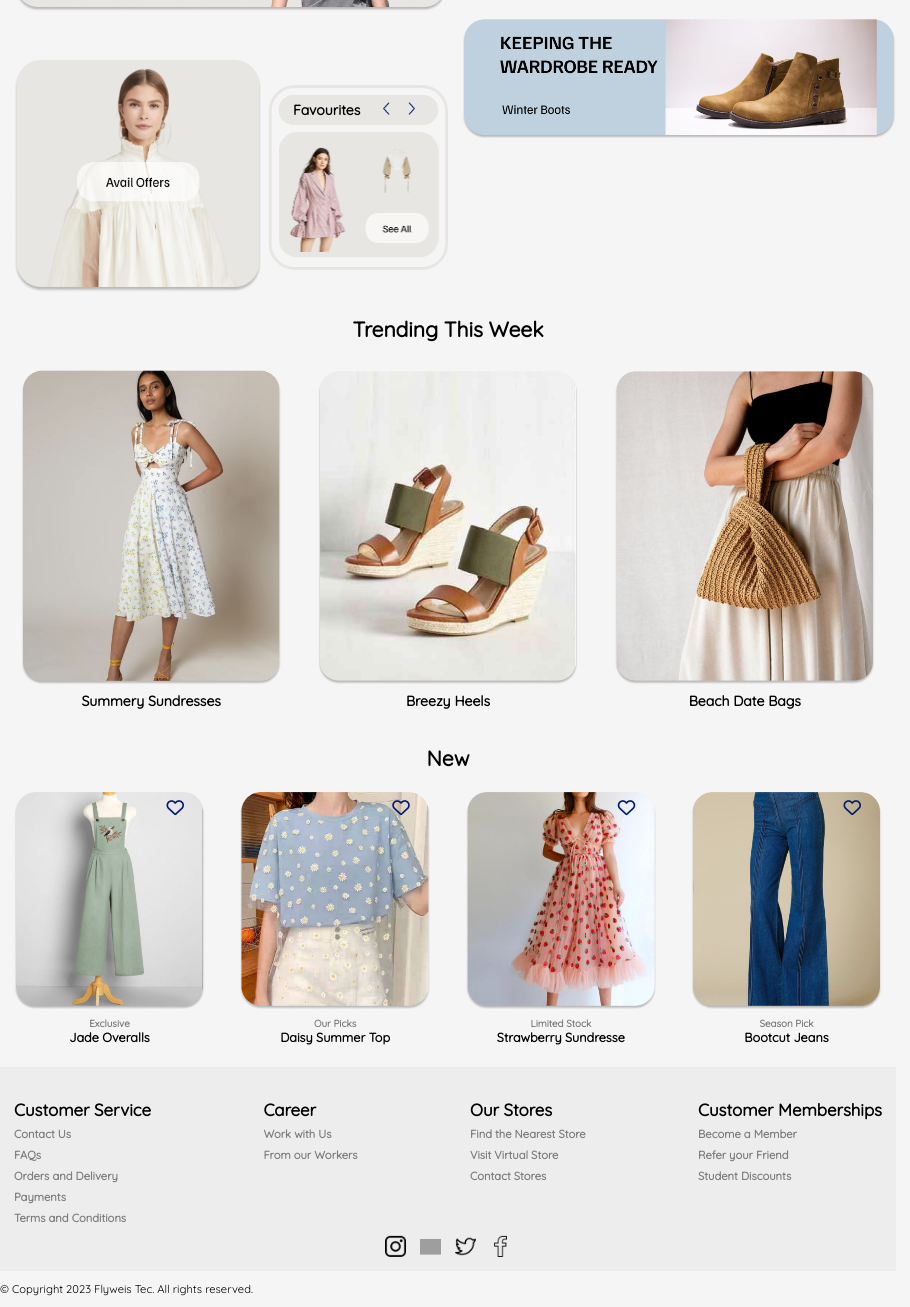
Repository: FlyweisReact/Jaspal
Page: /homepage
The author's editor kept a copy of each file at every save. The page is drawn from the files as they stood at one save, then again after a run of saves.
The browser window is 1280 px wide. The page is 1300 px wide, so the pictures cover 1300 px, including what lies to the right of the window. The pictures show the part of the page from y = 702 to 2582 px (the page is 2569 px tall before and 2582 px after), at 70% of full size.
Pictures or frames that could not be fetched are drawn as grey boxes. Some web libraries are served in a nearby version. The project was rebuilt for these pictures with package versions that can differ from the ones it lists, and the page was loaded fresh each time. Also part of the build but not shown: src/Pages/Login/Login.js.

Above is the page before, as saved 2023-08-19 12:32:38.

After the next 5 saves:
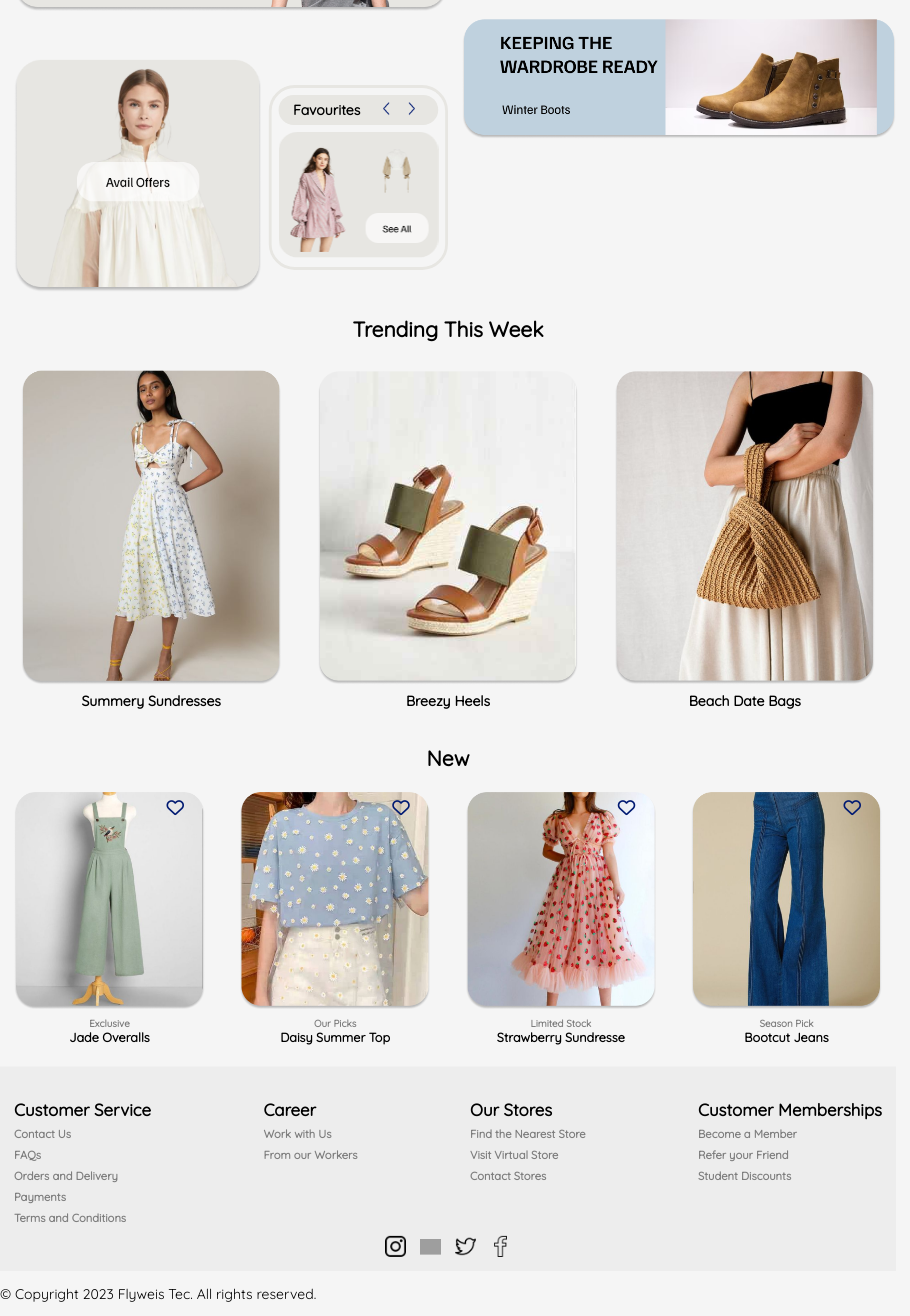
The 5 saves are shown as one change because they came seconds apart.
The last was saved 15 s later.
--- a/src/CSS/Footer.css
+++ b/src/CSS/Footer.css
@@ -44,10 +44,18 @@
   align-items: center;
 }
 .Footer-Div .container .social-links img {
-    width: 30px;
-    cursor: pointer;
+  width: 30px;
+  cursor: pointer;
 }
 
 .copy-right {
-    max-width: ;
+  max-width: 1400px;
+  margin: auto;
 }
+.copy-right p {
+  color: #000;
+  font-size: 20px;
+  font-style: normal;
+  font-weight: 400;
+  line-height: normal;
+}
